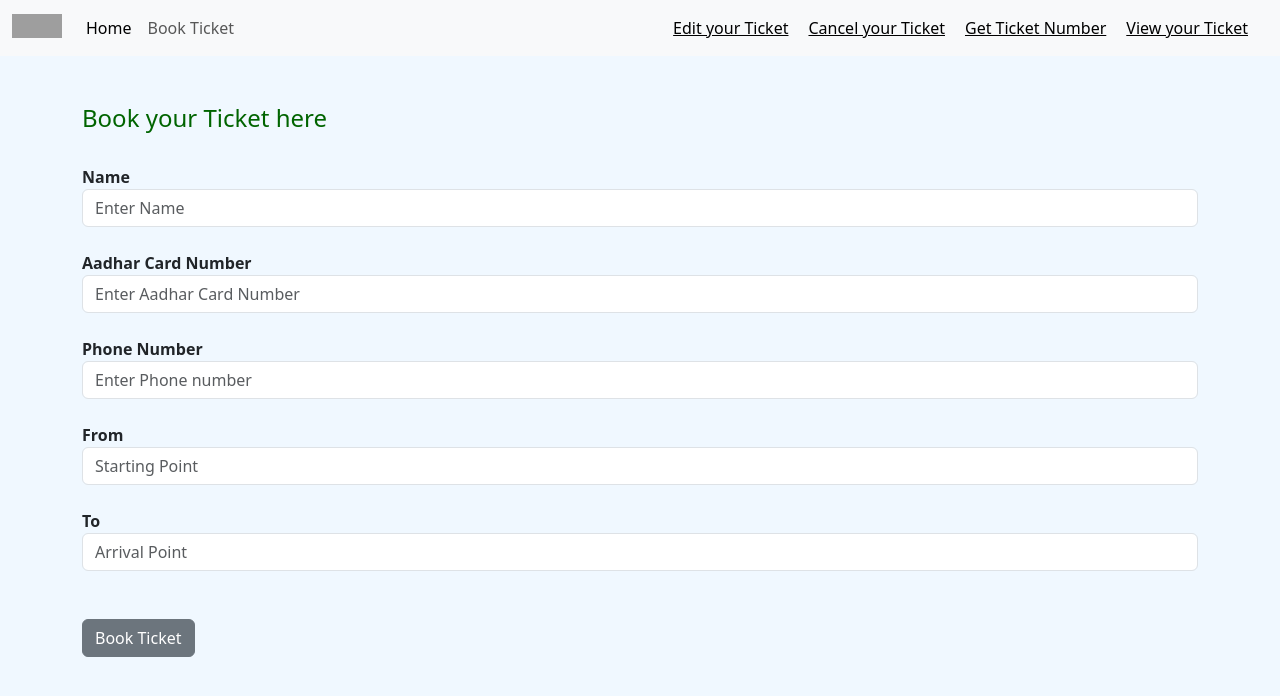
Repository: MayankSardana/Book-My-Ticket
Page: http://localhost/Book
These files come from the project's save history. The page is drawn as it stood at one moment and after the next save; the edit follows.
The browser window is 1280 px wide. The pictures show the whole page.
Pictures or frames that could not be fetched are drawn as grey boxes. The page is this project's Thymeleaf template; nobody is signed in. The template is opened directly, without the code that normally fills it, so the values that code supplies are empty.

Above is the page before, as saved 2024-07-02 09:40:06.

### BookMyTicket/src/main/resources/templates/Book.html
<!doctype html>
<html lang="en" xmlns:th="http://www.thymeleaf.org">
  <head>
    <meta charset="utf-8">
    <meta name="viewport" content="width=device-width, initial-scale=1">
    <title>Book Ticket</title>
    <link href="https://cdn.jsdelivr.net/npm/bootstrap@5.3.3/dist/css/bootstrap.min.css" rel="stylesheet" integrity="sha384-QWTKZyjpPEjISv5WaRU9OFeRpok6YctnYmDr5pNlyT2bRjXh0JMhjY6hW+ALEwIH" crossorigin="anonymous">
    <style>
        h2{
            margin-left: 400px;
            font-size:50px;
        }
        label{
            font-weight: bold;
        }

        body{
            background-color:aliceblue;
        }

		.tt{
		          text-decoration:underline;
		          padding:10px;
		          margin-left:450px;
		      }
			.n{
				margin-right:20px;
			}

			.h4{
				color:darkgreen;
			}
    </style>
  </head>
  <body>

	<nav class="navbar navbar-expand-lg bg-body-tertiary">
	        <div class="container-fluid">
	         <a class="navbar-brand" href="#">
	      <img src="https://i.pinimg.com/280x280_RS/84/4b/a1/844ba1cb3439dca10d316e4310721cc6.jpg" alt="Logo" width="50" height="24" class="d-inline-block align-text-top">

	    </a>
	          <button class="navbar-toggler" type="button" data-bs-toggle="collapse" data-bs-target="#navbarText" aria-controls="navbarText" aria-expanded="false" aria-label="Toggle navigation">
	            <span class="navbar-toggler-icon"></span>
	          </button>
	          <div class="collapse navbar-collapse" id="navbarText">
	            <ul class="navbar-nav me-auto mb-2 mb-lg-0">
	              <li class="nav-item">
	                <a class="nav-link active" aria-current="page" href="/">Home</a>
	              </li>
	              <li class="nav-item">
	                <a class="nav-link" href="/book">Book Ticket</a>
	              </li>
	            </ul>
				<span class="n navbar-text">
				     <a href = "/edit">Edit your Ticket</a>
				</span>
				<span class="n navbar-text">
					<a href = "/cancel">Cancel your Ticket</a>
			    </span>
				<span class="n navbar-text">
				   <a href = "/ticket">Get Ticket Number</a>
				</span>
	            <span class="n navbar-text">
	                <a href = "/view">View your Ticket</a>
	            </span>

	          </div>
	        </div>
	      </nav>



    <div class="container mt-5">
        <h4 class = "h4">Book your Ticket here</h4>
		<br/>
        <form action="#" th:action="@{/saveTicket}" th:object="${person}" method="post">
          <div class="form-group">
            <label for="firstName">Name</label>
            <input type="text" th:field="*{name}" class="form-control" id="firstName" placeholder="Enter Name">
          </div>
          <br/>
          <div class="form-group">
            <label for="email">Aadhar Card Number</label>
            <input type="text" th:field="*{aadhaarCard}" class="form-control"  placeholder="Enter Aadhar Card Number">
          </div>
          <br/>
          <div class="form-group">
            <label for="email">Phone Number</label>
            <input type="text" th:field="*{phoneNumber}" class="form-control"  placeholder="Enter Phone number">
          </div>
          <br/>
          <div class="form-group">
            <label for="From">From</label>
            <input type="text" th:field="*{start}" class="form-control" placeholder="Starting Point">
          </div>
          <br/>
          <div class="form-group">
            <label for="To">To</label>
            <input type="text" th:field="*{end}" class="form-control" placeholder="Arrival Point">
          </div>
          <br/>
          <br/>
          <button type="submit" class="btn btn-secondary">Book Ticket</button>
        </form>
      </div>

    <script src="https://cdn.jsdelivr.net/npm/bootstrap@5.3.3/dist/js/bootstrap.bundle.min.js" integrity="sha384-YvpcrYf0tY3lHB60NNkmXc5s9fDVZLESaAA55NDzOxhy9GkcIdslK1eN7N6jIeHz" crossorigin="anonymous"></script>
  </body>
</html>

After the next save:
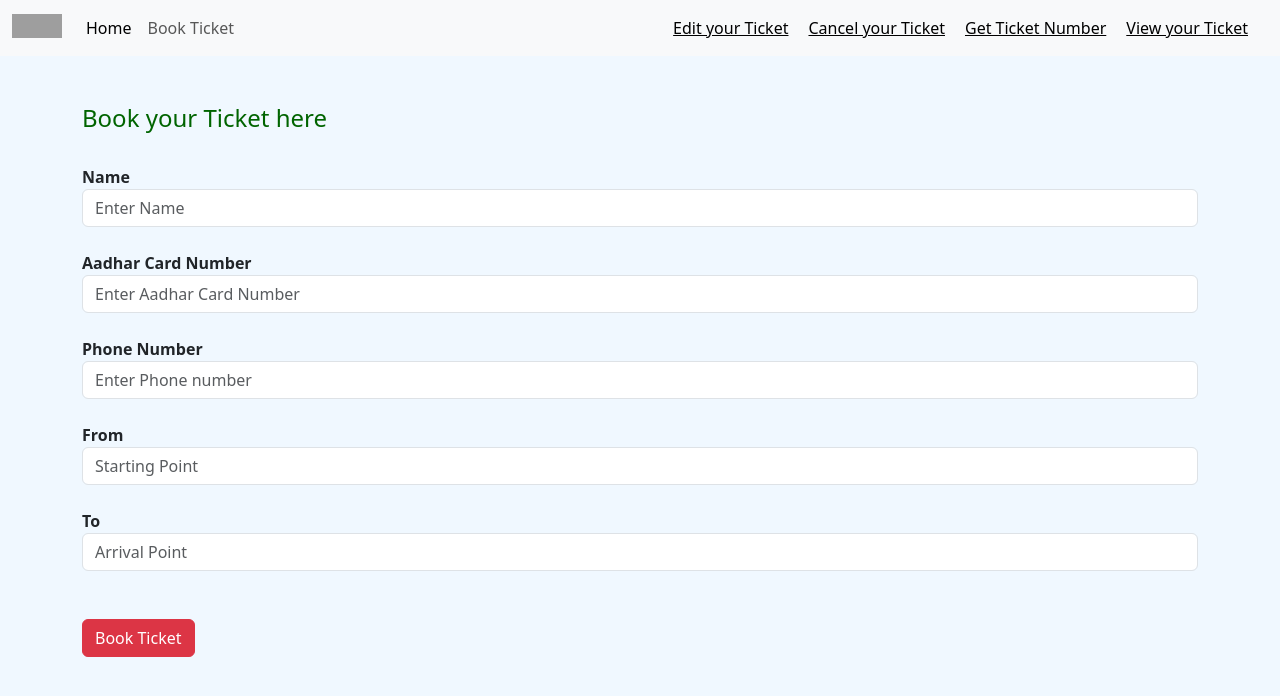
Saved 11 s later.
--- a/BookMyTicket/src/main/resources/templates/Book.html
+++ b/BookMyTicket/src/main/resources/templates/Book.html
@@ -101,7 +101,7 @@
           </div>
           <br/>
           <br/>
-          <button type="submit" class="btn btn-secondary">Book Ticket</button>
+          <button type="submit" class="btn btn-danger">Book Ticket</button>
         </form>
       </div>
 
